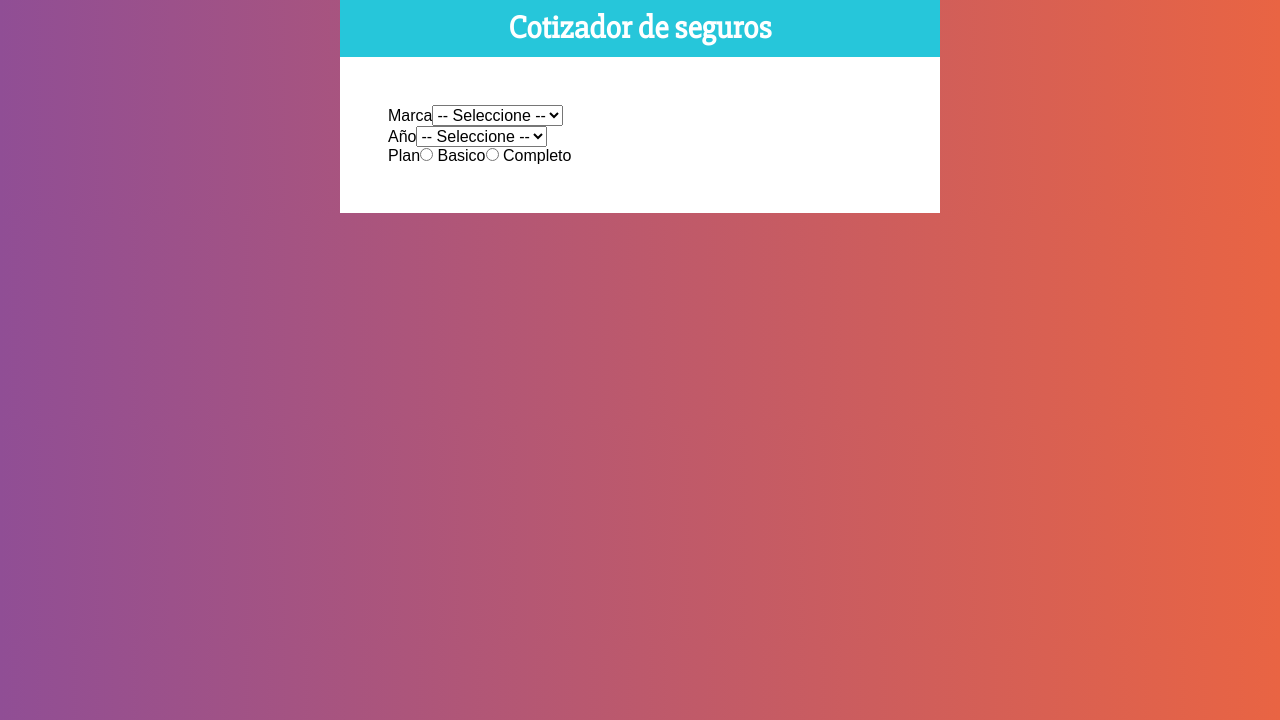
Repository: leonmezu1/cotizadorSeguroReact
Page: /
These files come from the project's save history. The page is drawn as it stood at one moment and after the next save; the edit follows.
The browser window is 1280 px wide. The pictures show the whole page.
The project was rebuilt for these pictures with package versions that can differ from the ones it lists, and the page was loaded fresh each time.

Above is the page before, as saved 2020-10-08 09:35:02.

### public/index.html
<!DOCTYPE html>
<html lang="en">
  <head>
    <meta charset="utf-8" />
    <link rel="icon" href="%PUBLIC_URL%/favicon.ico" />
    <meta name="viewport" content="width=device-width, initial-scale=1" />
    <meta name="theme-color" content="#000000" />
    <meta
      name="description"
      content="Web site created using create-react-app"
    />
    <link rel="apple-touch-icon" href="%PUBLIC_URL%/logo192.png" />
    <!--
      manifest.json provides metadata used when your web app is installed on a
      user's mobile device or desktop. See https://developers.google.com/web/fundamentals/web-app-manifest/
    -->
    <link rel="manifest" href="%PUBLIC_URL%/manifest.json" />
    <!--
      Notice the use of %PUBLIC_URL% in the tags above.
      It will be replaced with the URL of the `public` folder during the build.
      Only files inside the `public` folder can be referenced from the HTML.

      Unlike "/favicon.ico" or "favicon.ico", "%PUBLIC_URL%/favicon.ico" will
      work correctly both with client-side routing and a non-root public URL.
      Learn how to configure a non-root public URL by running `npm run build`.
    -->
    <link
      rel="stylesheet"
      href="https://necolas.github.io/normalize.css/8.0.0/normalize.css"
    />
    <link
      rel="stylesheet"
      href="https://fonts.googleapis.com/css?family=Slabo+27px"
    />
    <title>Cotizador de autos</title>
  </head>
  <body>
    <noscript>You need to enable JavaScript to run this app.</noscript>
    <div id="root"></div>
    <!--
      This HTML file is a template.
      If you open it directly in the browser, you will see an empty page.

      You can add webfonts, meta tags, or analytics to this file.
      The build step will place the bundled scripts into the <body> tag.

      To begin the development, run `npm start` or `yarn start`.
      To create a production bundle, use `npm run build` or `yarn build`.
    -->
  </body>
</html>

### src/index.css
*,
*::before,
*::after {
  box-sizing: border-box;
}

body {
  background: #e96443;
  /* fallback for old browsers */
  background: -webkit-linear-gradient(to right, #904e95, #e96443);
  /* Chrome 10-25, Safari 5.1-6 */
  background: linear-gradient(to right, #904e95, #e96443);
  font-family: Arial, Helvetica, sans-serif;
}

ul {
  list-style: none;
  padding: none;
  margin: none;
}

span.resultado {
  position: relative;
  width: 100%;
}

.resultado-enter {
  transition: .5s;
}

.resultado-enter.resultado-enter-active {
  transform: translateY(0%);
}

.resultado-exit {
  transform: translateY(0);
  transition: .5s;
  position: absolute;
  left: 0;
  bottom: 0;
  right: 0;
}

.resultado-exit-active {
  opacity: 0;
  transform: translateY(-10%);
}

### src/App.js
import React from "react";
import Header from "./components/Header";
import styled from "@emotion/styled";
import Formulario from "./components/Formulario";

const Contenedor = styled.div`
  max-width: 600px;
  margin: 0 auto;
`;

const ContenedorFormulario = styled.div`
  background-color: #ffffff;
  padding: 3rem;
`;

function App() {
  return (
    <Contenedor>
      <Header titulo="Cotizador de seguros" />
      <ContenedorFormulario>
        <Formulario />
      </ContenedorFormulario>
    </Contenedor>
  );
}

export default App;

### src/components/Header.js
import React from "react";
import styled from "@emotion/styled";

const ContenedorHeader = styled.header`
  background-color: #26c6da;
  padding: 10px;
  font-weight: bold;
  color: #ffffff;
`;

const TextoHeader = styled.h1`
  font-size: 2rem;
  margin: 0;
  font-family: "Slabo 27px", serif;
  text-align: center;
`;

const Header = ({ titulo }) => (
  <ContenedorHeader>
    <TextoHeader>{titulo}</TextoHeader>
  </ContenedorHeader>
);

export default Header;

### src/components/Formulario.js
import React from "react";

const Formulario = () => {
  return (
    <form>
      <div>
        <label>Marca</label>
        <select>
          <option value="">-- Seleccione --</option>
          <option value="americano">Americano</option>
          <option value="europeo">Europeo</option>
          <option value="asiatico">Asiatico</option>
        </select>
      </div>
      <div>
        <label>Año</label>
        <select>
          <option value="">-- Seleccione --</option>
          <option value="2021">2021</option>
          <option value="2020">2020</option>
          <option value="2019">2019</option>
          <option value="2018">2018</option>
          <option value="2017">2017</option>
          <option value="2016">2016</option>
          <option value="2015">2015</option>
          <option value="2014">2014</option>
          <option value="2013">2013</option>
          <option value="2012">2012</option>
        </select>
      </div>
      <div>
        <label>Plan</label>
        <input type="radio" name="plan" value="basico" /> Basico
        <input type="radio" name="plan" value="completo" /> Completo
      </div>
    </form>
  );
};

export default Formulario;

Loaded but not shown: src/index.js (common file); src/serviceWorker.js (common file)

After the next save:
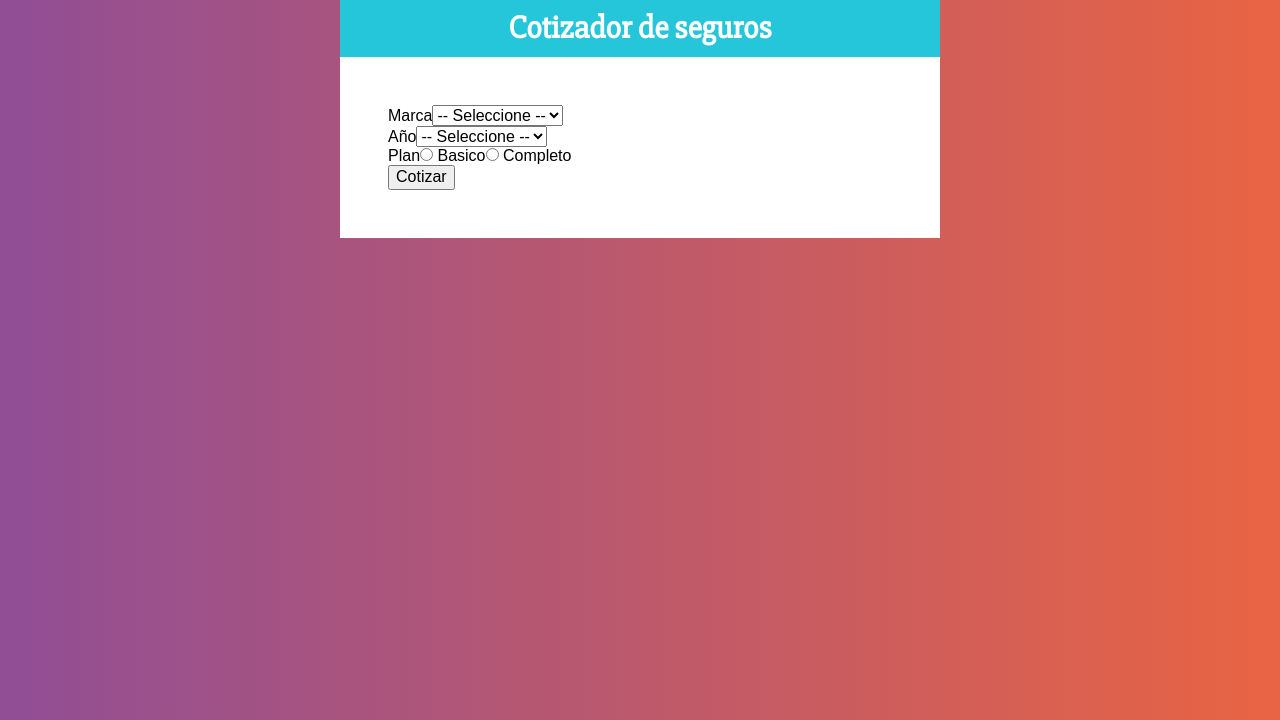
Saved 39 s later.
--- a/src/components/Formulario.js
+++ b/src/components/Formulario.js
@@ -33,6 +33,7 @@ const Formulario = () => {
         <input type="radio" name="plan" value="basico" /> Basico
         <input type="radio" name="plan" value="completo" /> Completo
       </div>
+      <button type="button">Cotizar</button>
     </form>
   );
 };
